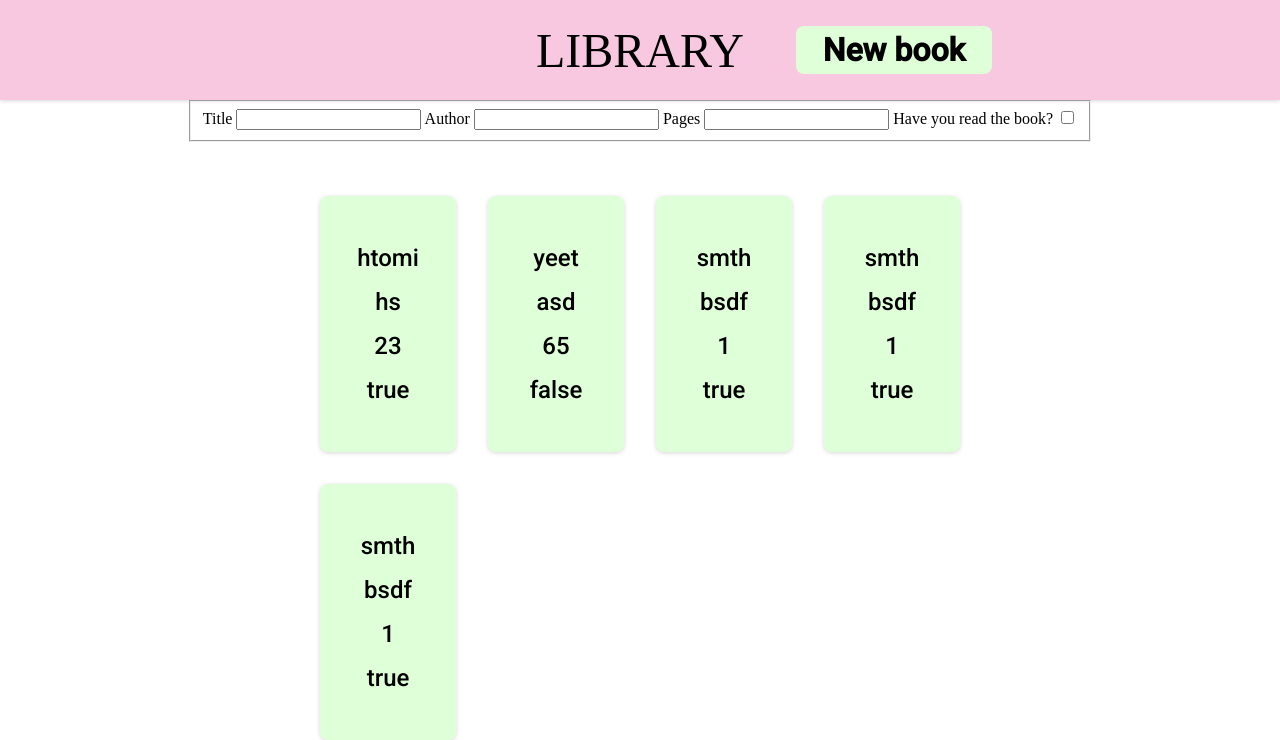
Repository: yeetzpxoci/library
Page: index.html
The author's editor kept a copy of each file at every save. The page is drawn from the files as they stood at one save, then again after the next save.
The browser window is 1280 px wide. The pictures show the whole page.
Some web fonts or font styles are not loaded; a fallback is used.

Above is the page before, as saved 2023-02-21 15:50:05.

After the next save:
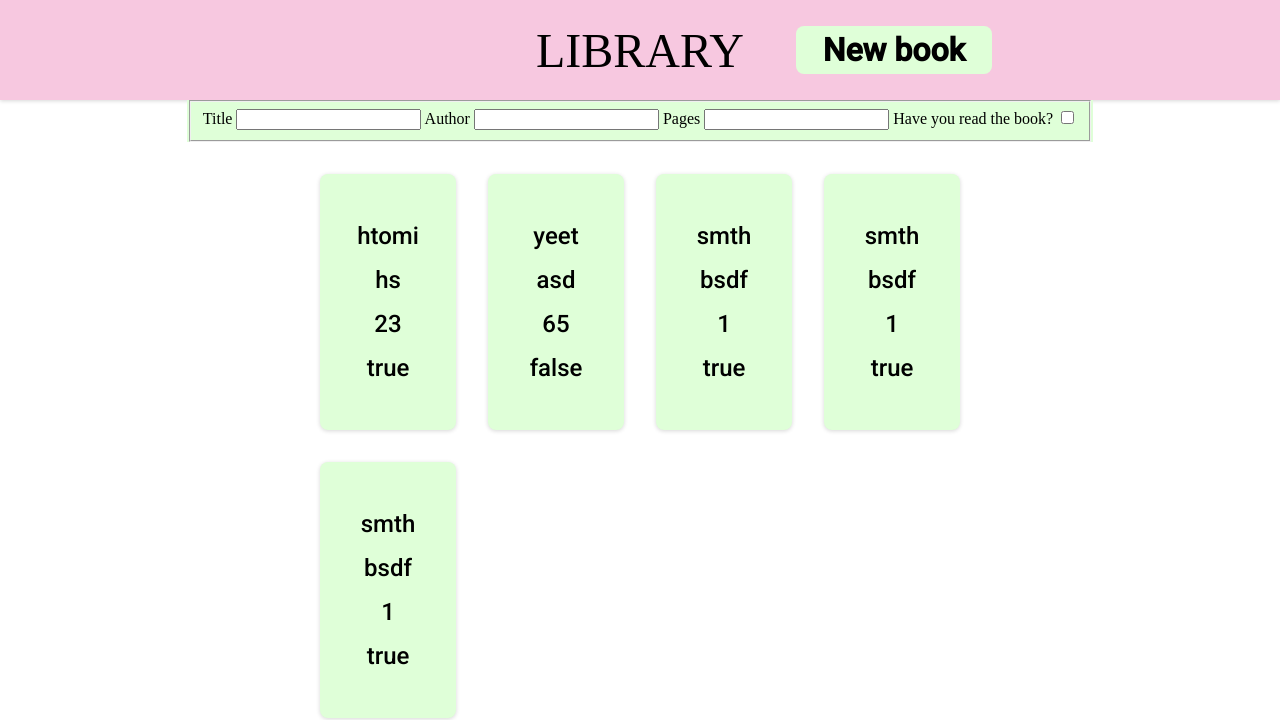
Saved 3 min 2 s later.
--- a/styles.css
+++ b/styles.css
@@ -69,9 +69,13 @@ body {
     margin: 0px;
 }
 
+.input-wrapper {
+    display: block;
+}
 
 #input-form {
     display: flex;
     flex-direction: column;
-    height: 64px;
+    gap: 16px;
+    background-color: #DFFFD8;
 }
